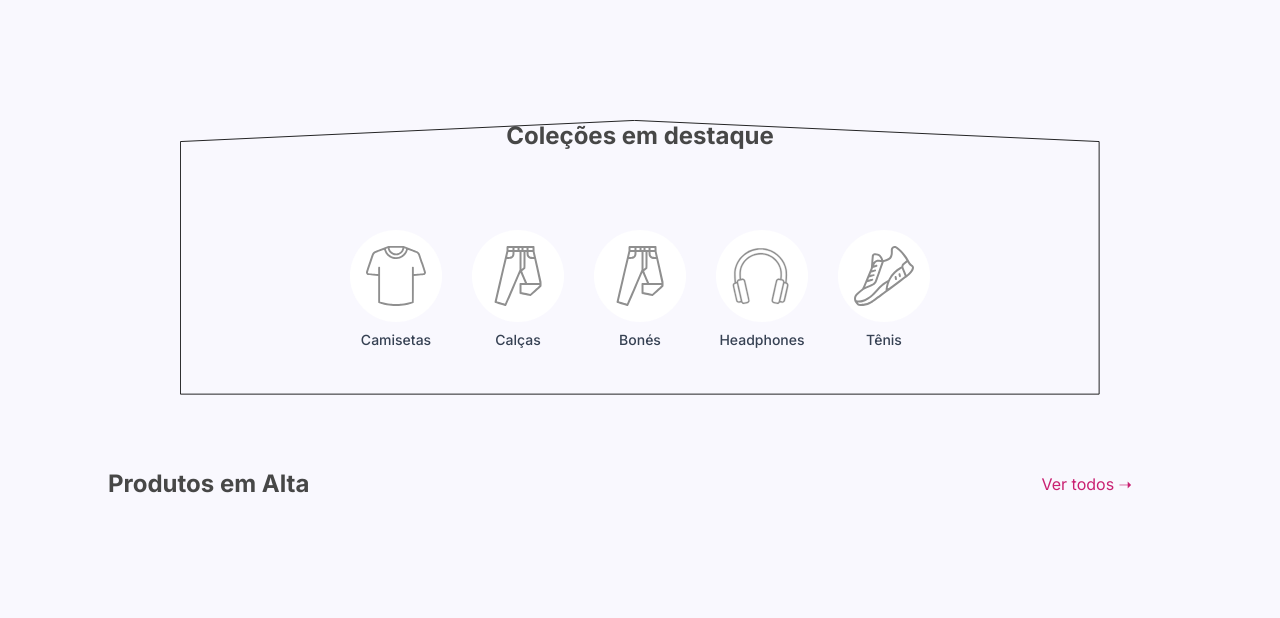
Repository: gimoli/loja-digital
Page: index.html
The author's editor kept a copy of each file at every save. The page is drawn from the files as they stood at one save, then again after the next save.
The browser window is 1280 px wide. The pictures show the part of the page from y = 1294 to 1912 px (the page is 1912 px tall).

Above is the page before, as saved 2025-04-25 15:11:44.

### index.html
<!DOCTYPE html>
<html lang="pt-br">
<head>
    <meta charset="UTF-8">
    <meta name="viewport" content="width=device-width, initial-scale=1.0">
    <title>Digital Store</title>
    <link href="./style.css" rel="stylesheet">
    <script src="https://cdn.jsdelivr.net/npm/@tailwindcss/browser@4"></script>
    <link rel="shortcut icon" href="/assets/Logo-Digital.svg" type="image/x-icon">
</head>
<body>
<header class="flex flex-col gap-12 px-[108px] py-[38px]">
    <div class="flex items-center justify-between">
        <div class="flex gap-1">
            <img src="/assets/Logo-Digital.svg" alt="Logo da Digital Store">
            <h1 class="text-4xl text-(--primary-color) font-semibold">Digital Store</h1>
        </div>
        <input type="text" placeholder="Pesquisar produto..." class="bg-(--light-gray-3) py-2 px-3 rounded-lg ml-40 mr-14
         bg-[url(/assets/search.svg)] bg-no-repeat bg-right focus:placeholder-transparent w-[560px] focus:outline-none"/>
        <div>
            <a href="#" class="bg-(--primary-color) text-white rounded-lg px-7 py-3 font-bold text-sm">
                Entrar
            </a>
        </div>
        <div class="relative">
            <img src="/assets/Carrinho-preto.svg" alt="Imagem de um carrinho de compras">
            <div class="flex justify-center items-center absolute bg-(--tertiary-color) text-white font-bold text-xs rounded-full w-[18px] h-[18px] bottom-[15px] left-3">
                2
            </div>
        </div>
    </div>
    </div>
    <nav class="pl-32">
        <ul class="flex gap-6 text-(--dark-gray-2)">
            <li class="hover:text-(--primary-color) hover:font-bold">
                <a href="#">
                Home
            </a>
        </li>
            <li class="hover:text-(--primary-color) hover:font-bold">
                <a href="#">
                Produtos
            </a>
        </li>
            <li class="hover:text-(--primary-color) hover:font-bold">
                <a href="#">
                Categorias
            </a>
        </li>
            <li class="hover:text-(--primary-color) hover:font-bold">
                <a href="#">
                Meus Pedidos
            </a>
        </li>
        </ul>
    </nav>
</header>
<main>
    <section class="flex px-[108px] bg-(--light-gray-3) py-[78px] h-[680px] relative">
        <div class="flex flex-col gap-5 w-[466px]">
            <p class="text-(--warnig-color) font-bold">
                Melhores ofertas personalizadas
            </p>
            <h2 class="font-extrabold text-6xl">
                Queima de estoque Nike 🔥
            </h2>
            <p class="text-(--dark-gray-2) text-lg">
                Consequat culpa exercitation mollit nisi excepteur do do tempor laboris eiusmod irure consectetur.
            </p>
            <a href="#" class="flex items-center justify-center bg-(--primary-color) text-(--light-gray-3) font-bold w-[210px] h-[48px] rounded-lg">
                Ver Ofertas
            </a>
        </div>
        <img src="/assets/White-Sneakers-PNG-Clipart 1.svg" alt="Foto de um tenis branco" class="absolute right-28 bottom-8"/>
        <img src="/assets/ornament.svg" alt="Firula do site - by wendell" class="absolute top-12 right-8">
    </section>

    <section class="flex flex-col gap-15 px-[108px] py-[42px] bg-(--sec-color)">
        <div class="flex flex-col gap-10">
            <h4 class="text-(--dark-gray-2) font-bold text-2xl">
                Coleções em destaque
            </h4>
            <ul class="grid grid-cols-3 gap-3.5 h-68">
                <li  class="flex bg-[#D8E3F2] pl-8 pt-8 rounded-md relative bg-[url(/assets/star-wars-shirt-pic.svg)] bg-no-repeat bg-bottom-right">
                    <div class="w-1/2 z-10">
                    <p class="bg-[#E7FF86] rounded-4xl font-bold text-(--dark-gray-2) w-[96px] text-center py-1.5 text-sm">
                        30% OFF
                    </p>
                    <h5 class="font-bold text-(--dark-gray) text-4xl mt-2.5 mb-8">
                        Novo drop Supreme
                    </h5>
                    <a href="#" class="text-(--primary-color) bg-white rounded-xl font-bold px-12 py-4.5">
                        Comprar
                    </a>
                </div>
                </li>
                <li  class="flex bg-[#D8E3F2] pl-8 pt-8 rounded-md relative bg-[url(/assets/sneaks-pic.svg)] bg-no-repeat bg-bottom-right">
                    <div class="w-1/2 z-10">
                    <p class="bg-[#E7FF86] rounded-4xl font-bold text-(--dark-gray-2) w-[96px] text-center py-1.5 text-sm">
                        30% OFF
                    </p>
                    <h5 class="font-bold text-(--dark-gray) text-4xl mt-2.5 mb-8">
                        Coleção Adidas
                    </h5>
                    <a href="#" class="text-(--primary-color) bg-white rounded-xl font-bold px-12 py-4.5">
                        Comprar
                    </a>
                </div>
                </li>
                <li  class="flex bg-[#D8E3F2] pl-8 pt-8 rounded-md relative bg-[url(/assets/headphone-pic.svg)] bg-no-repeat bg-bottom-right">
                    <div class="w-1/2 z-10">
                    <p class="bg-[#E7FF86] rounded-4xl font-bold text-(--dark-gray-2) w-[96px] text-center py-1.5 text-sm">
                        30% OFF
                    </p>
                    <h5 class="font-bold text-(--dark-gray) text-4xl mt-2.5 mb-8">
                        Novo<br> Beats Bass
                    </h5>
                    <a href="#" class="text-(--primary-color) bg-white rounded-xl font-bold px-12 py-4.5">
                        Comprar
                    </a>
                </div>
                </li>
            </ul>
        </div>

    </section>

    <section class="relative flex flex-col gap-15 px-[180px] py-[42px] bg-(--sec-color)">

        <div class="flex flex-col gap-10 relative">
            <img src="/assets/borda.svg" alt="foto da borda" class="absolute left-0 top-9 " />
            <h4 class="text-(--dark-gray-2) font-bold text-2xl text-center py-9 ">
                Coleções em destaque
            </h4>
        </div>
    </section>


        <section class="flex justify-evenly px-80  bg-(--sec-color)">
            <div class="flex flex-col items-center">
        <div class="bg-(--white) rounded-full p-4 w-fit">
            <img src="assets/T-shirt.svg" alt="Foto da blus" class=" w-[60px] h-[60px] ">
        </div>
        <span class="mt-2 text-sm font-medium text-gray-700">Camisetas</span>
</div>
            <div class="flex flex-col items-center">
                <div class="bg-(--white) rounded-full p-4 w-fit">
                    <img src="assets/Pants.svg" alt="Foto da calça"  class=" w-[60px] h-[60px]">
            </div>
                <span class="mt-2 text-sm font-medium text-gray-700">Calças</span>
            </div>

            <div class="flex flex-col items-center">
            <div class="bg-(--white) rounded-full p-4 w-fit">
              <img src="assets/Pants.svg" alt="era para ser o bone"  class="  w-[60px] h-[60px]">
            </div>
            <span class="mt-2 text-sm font-medium text-gray-700">Bonés</span>
            </div>

            <div class="flex flex-col items-center">
            <div class="bg-(--white) rounded-full p-4 w-fit">
              <img src="assets/Headphones-colecoes-em-destaque.svg" alt="Foto do fone de ouvido"  class="  w-[60px] h-[60px]">
            </div>
            <span class="mt-2 text-sm font-medium text-gray-700">Headphones</span>
            </div>

            <div class="flex flex-col items-center">
            <div class="bg-(--white) rounded-full p-4 w-fit">
              <img src="assets/Tenis.svg" alt="Foto do Tênis"  class="  w-[60px] h-[60px]">
            </div>
            <span class="mt-2 text-sm font-medium text-gray-700">Tênis</span>
            </div>

    </section>
    <section class="flex flex-col gap-15 px-[108px] py-[42px] bg-(--sec-color)">
        <div class="flex flex-col gap-10">
            <div class="flex justify-between items-center">
                <h4 class="text-(--dark-gray-2) font-bold text-2xl py-19">
                    Produtos em Alta
                </h4>
                <a href="#" class="text-(--primary-color) mr-[40px]">
                    Ver todos ➝
                </a>
            </div>
        </div>
    </section>
</main>
</body>
</html>

### style.css
@import url('https://fonts.googleapis.com/css2?family=Inter:ital,opsz,wght@0,14..32,100..900;1,14..32,100..900&display=swap');

:root {
    --dark-gray: #1F1F1F;
    --dark-gray-2: #474747;
    --dark-gray-3: #666666;
    --light-gray: #8F8F8F;
    --light-gray-2: #CCCCCC;
    --light-gray-3: #F5F5F5;
    --white: #FFFFFF;
    --sec-color: #F9F8FE;
    --primary-color: #C92071;
    --secondary-color: #B5B6F2;
    --tertiary-color: #991956;
    --error-color: #EE4266;
    --success-color: #52CA76;
    --warnig-color: #F6AA1C;
    --primary-gradient: 180deg, #C92071, #EDABCA;
    --secondary-gradient: 180deg, #B5B6F2, #EFEFFF;
}

* {
    font-family: "Inter", sans-serif;
    box-sizing: border-box;
}

After the next save:
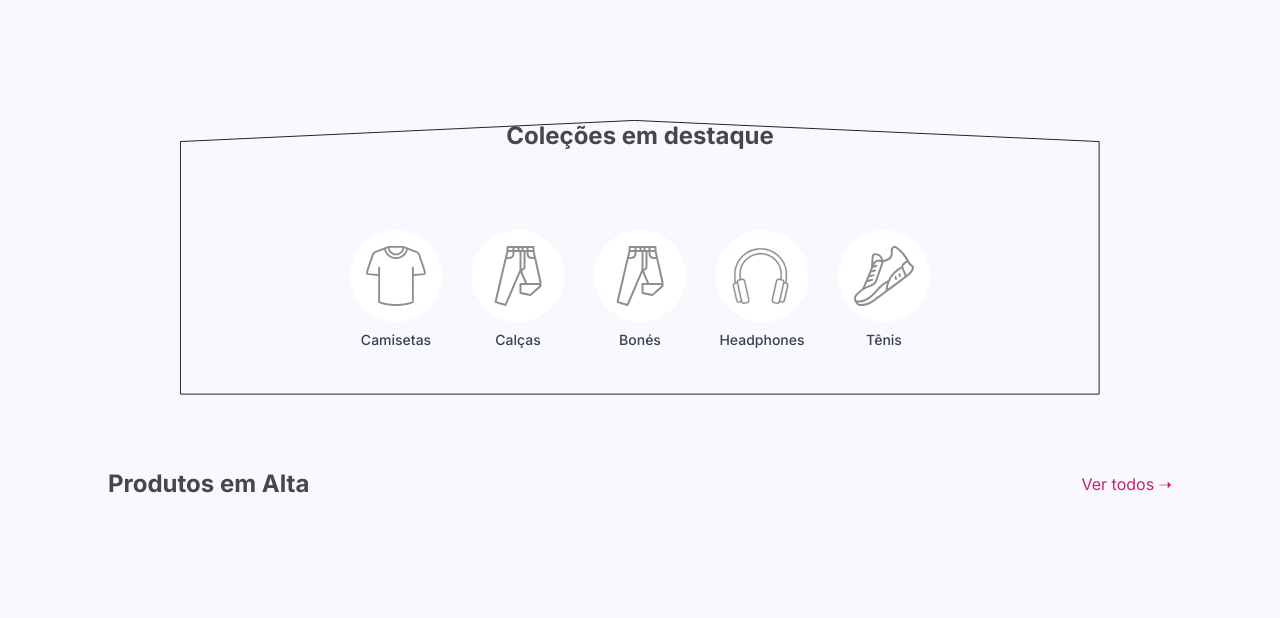
Saved 7 s later.
--- a/index.html
+++ b/index.html
@@ -178,7 +178,7 @@
                 <h4 class="text-(--dark-gray-2) font-bold text-2xl py-19">
                     Produtos em Alta
                 </h4>
-                <a href="#" class="text-(--primary-color) mr-[40px]">
+                <a href="#" class="text-(--primary-color) mr-[px]">
                     Ver todos ➝
                 </a>
             </div>
